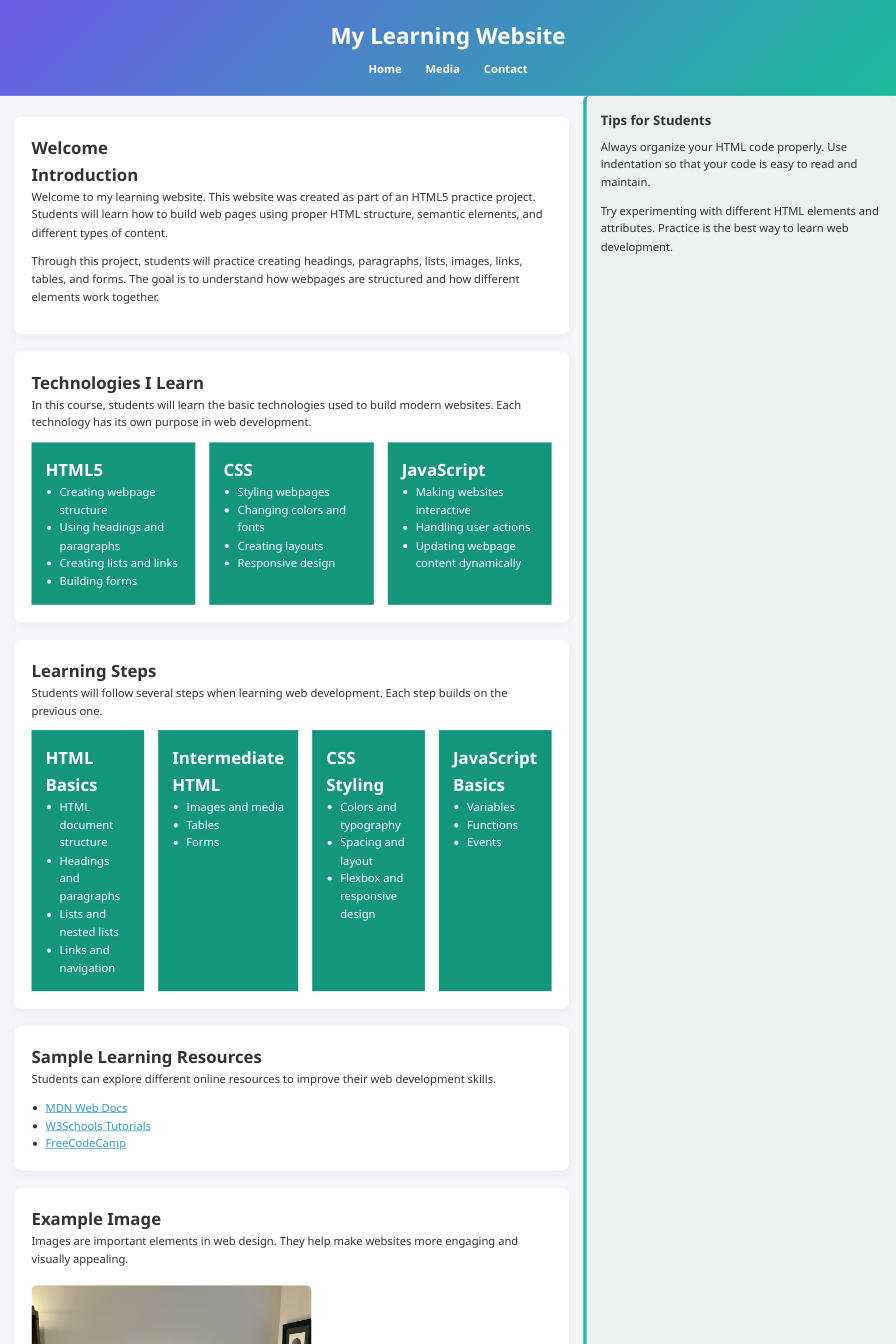
Repository: Than-sothearak/web_client_programing
Page: Week_03/index.html
An editor plug-in stored every save of this project. The page is shown before and after the next save, followed by the edit.
The browser window is 1280 px wide. The pictures show the part of the page from y = 0 to 1920 px (the page is 2671 px tall before and 2585 px after), at 70% of full size.

Above is the page before, as saved 2026-03-24 21:54:31.

### Week_03/index.html
<!DOCTYPE html>
<html lang="en">
<head>
  <meta charset="UTF-8">
  <meta name="viewport" content="width=device-width, initial-scale=1.0">
  <title>Week 3</title>
  <link rel="stylesheet" href="styles.css">
</head>
<body>
    <header>
      <h1>My Learning Website</h1>

      <nav>
        <ul>
          <li><a href="index.html">Home</a></li>
          <li><a href="gallery.html">Media</a></li>
          <li><a href="contact.html">Contact</a></li>
        </ul>
      </nav>
    </header>

 <div class="container">
     <main>
      <section>
        <h2>Welcome</h2>

        <article>
          <h2>Introduction</h2>
          <p>
            Welcome to my learning website. This website was created as part of
            an HTML5 practice project. Students will learn how to build web
            pages using proper HTML structure, semantic elements, and different
            types of content.
          </p>

          <p>
            Through this project, students will practice creating headings,
            paragraphs, lists, images, links, tables, and forms. The goal is to
            understand how webpages are structured and how different elements
            work together.
          </p>
        </article>
      </section>

      <section>
        <h2>Technologies I Learn</h2>

        <p>
          In this course, students will learn the basic technologies used to
          build modern websites. Each technology has its own purpose in web
          development.
        </p>

        <ul class="card-container">
          <li class="card">
            <h2>HTML5</h2>
            <ul>
              <li>Creating webpage structure</li>
              <li>Using headings and paragraphs</li>
              <li>Creating lists and links</li>
              <li>Building forms</li>
            </ul>
          </li>

          <li class="card">
            <h2>CSS</h2>
            <ul>
              <li>Styling webpages</li>
              <li>Changing colors and fonts</li>
              <li>Creating layouts</li>
              <li>Responsive design</li>
            </ul>
          </li>

          <li class="card">
            <h2>JavaScript</h2>
            <ul>
              <li>Making websites interactive</li>
              <li>Handling user actions</li>
              <li>Updating webpage content dynamically</li>
            </ul>
          </li>
        </ul>
      </section>

      <section>
        <h2>Learning Steps</h2>

        <p>
          Students will follow several steps when learning web development. Each
          step builds on the previous one.
        </p>

        <ol class="card-container">
          <li class="card">
            <h2>HTML Basics</h2>
            <ul>
              <li>HTML document structure</li>
              <li>Headings and paragraphs</li>
              <li>Lists and nested lists</li>
              <li>Links and navigation</li>
            </ul>
          </li>

          <li class="card">
           <h2>Intermediate HTML</h2>
            <ul>
              <li>Images and media</li>
              <li>Tables</li>
              <li>Forms</li>
            </ul>
          </li>

          <li class="card">
            <h2>CSS Styling</h2>
            <ul>
              <li>Colors and typography</li>
              <li>Spacing and layout</li>
              <li>Flexbox and responsive design</li>
            </ul>
          </li>

          <li class="card">
            <h2>JavaScript Basics</h2>
            <ul>
              <li>Variables</li>
              <li>Functions</li>
              <li>Events</li>
            </ul>
          </li>
        </ol>
      </section>

      <section>
        <h2>Sample Learning Resources</h2>

        <p>
          Students can explore different online resources to improve their web
          development skills.
        </p>

        <ul>
          <li>
            <a href="https://developer.mozilla.org" target="_blank">
              MDN Web Docs
            </a>
          </li>

          <li>
            <a href="https://www.w3schools.com" target="_blank">
              W3Schools Tutorials
            </a>
          </li>

          <li>
            <a href="https://www.freecodecamp.org" target="_blank">
              FreeCodeCamp
            </a>
          </li>
        </ul>
      </section>

      <section>
        <h2>Example Image</h2>

        <p>
          Images are important elements in web design. They help make websites
          more engaging and visually appealing.
        </p>

        <img src="../images/computer.png" alt="Computer setup" width="400" >
      </section>

      <section>
        <h2>Example Table</h2>

        <p>
          Tables are useful for displaying structured information such as
          schedules, scores, or product lists.
        </p>

        <table>
          <tr>
            <th>Topic</th>
            <th>Description</th>
            <th>Difficulty</th>
          </tr>

          <tr>
            <td>HTML</td>
            <td>Structure of webpages</td>
            <td>Beginner</td>
          </tr>

          <tr>
            <td>CSS</td>
            <td>Styling webpages</td>
            <td>Beginner</td>
          </tr>

          <tr>
            <td>JavaScript</td>
            <td>Web interactivity</td>
            <td>Intermediate</td>
          </tr>
        </table>
      </section>


    </main>
  <aside>
        <h3>Tips for Students</h3>

        <p>
          Always organize your HTML code properly. Use indentation so that your
          code is easy to read and maintain.
        </p>

        <p>
          Try experimenting with different HTML elements and attributes.
          Practice is the best way to learn web development.
        </p>
      </aside>
 </div>
    <footer>
      <p>© 2026 Student Learning Website</p>
    </footer>
  </body>
</html>

### Week_03/styles.css
/* Reset basic spacing */

/* Reset */

* {
  margin: 0;
  padding: 0;
  box-sizing: border-box;
}

/* Body */

body {
  font-family: "Segoe UI", Arial, sans-serif;
  background: #f4f6f9;
  color: #333;
  line-height: 1.6;
}

.container {
  display: flex;
}

/* Header */

header {
  background: linear-gradient(135deg, #6c5ce7, #1abc9c);
  color: white;
  padding: 25px 20px;
  text-align: center;
}

/* Navigation */

nav ul {
  list-style: none;
  margin-top: 10px;
}

nav ul li {
  display: inline-block;
  margin: 0 15px;
}

nav a {
  color: white;
  text-decoration: none;
  font-weight: 600;
  transition: 0.3s;
}

nav a:hover {
  color: #1abc9c;
}

/* Main container */

main {
  max-width: 1200px;
  margin: auto;
  padding: 30px 20px;
}

/* Section cards */

section {
  background: white;
  padding: 25px;
  margin-bottom: 25px;
  border-radius: 10px;
  box-shadow: 0 5px 15px rgba(0, 0, 0, 0.05);
}

/* Headings */

h1 {
  font-size: 32px;
  margin-bottom: 10px;
}

h3 {
  margin-bottom: 10px;
}

/* Paragraph */

p {
  margin-bottom: 15px;
}

/* Lists */

.card-container {
  display: flex;
  gap: 20px;
  list-style: none;
}

.card-container li {
  margin-left: 0px;
}

.card {
  padding: 20px;
  color: white;
  width: 100%;
  background-color: #13967c;
}
.card li {
  margin-left: 20px;
}

li {
  margin-left: 20px;
  list-style: disc;
}

/* Links */

a {
  color: #3498db;
}

a:hover {
  text-decoration: underline;
}

/* Image styling */

img {
  max-width: 100%;
  height: auto;
  border-radius: 8px;
  margin-top: 10px;
}

/* Table */

table {
  width: 100%;
  border-collapse: collapse;
  margin-top: 10px;
}

th,
td {
  padding: 12px;
  text-align: left;
  border-bottom: 1px solid #ddd;
}

th {
  background: #1abc9c;
  color: white;
}

tr:hover {
  background: #f1f1f1;
}

/* Aside */

aside {
  background: #ecf0f1;
  padding: 20px;
  border-left: 5px solid #1abc9c;
  border-radius: 8px;
  margin-bottom: 25px;
}

/* Footer */

footer {
  text-align: center;
  background: #1abc9c;
  color: white;
  padding: 15px;
  margin-top: 20px;
}

/* Responsive Design */

@media (max-width: 768px) {
  nav ul li {
    display: block;
    margin: 10px 0;
  }

  main {
    padding: 20px 15px;
  }

  h1 {
    font-size: 26px;
  }
}

.images-gallery {
  width: 100%;
  display: flex;
  flex-wrap: wrap;
  gap: 20px;
}

.images-gallery figure {
  flex: 1 1 calc(50% - 20px);
}

.images-gallery img {
  width: 100%;
  height: auto;
}

figcaption {
  margin-top: 8px;
  font-size: 14px;
  color: #555;
}

@media (max-width: 768px) {
  .images-gallery {
    flex-direction: column;
    align-items: center;
  }
}

After the next save:
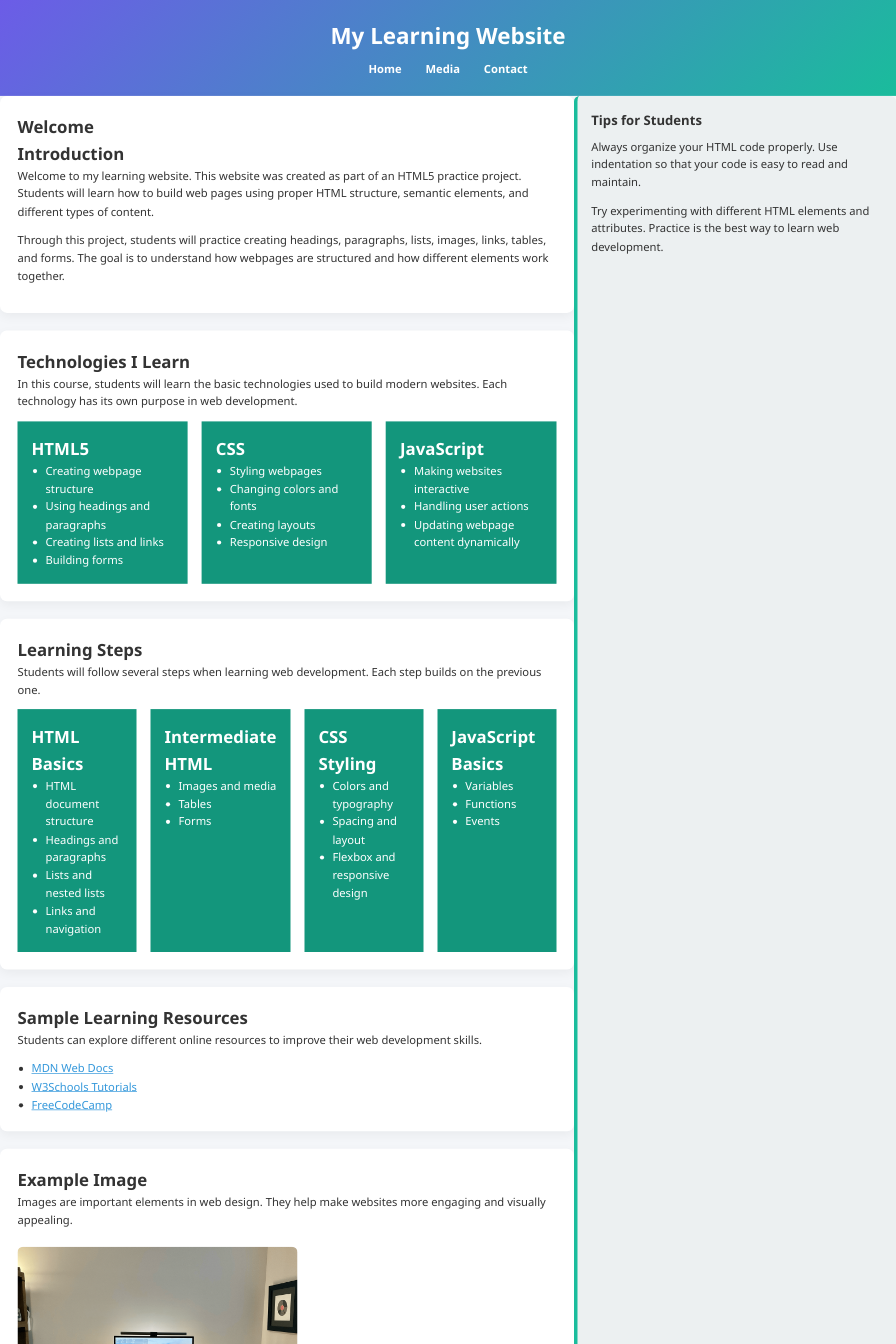
Saved 39 s later.
--- a/Week_03/styles.css
+++ b/Week_03/styles.css
@@ -55,11 +55,6 @@ nav a:hover {
 
 /* Main container */
 
-main {
-  max-width: 1200px;
-  margin: auto;
-  padding: 30px 20px;
-}
 
 /* Section cards */
 
